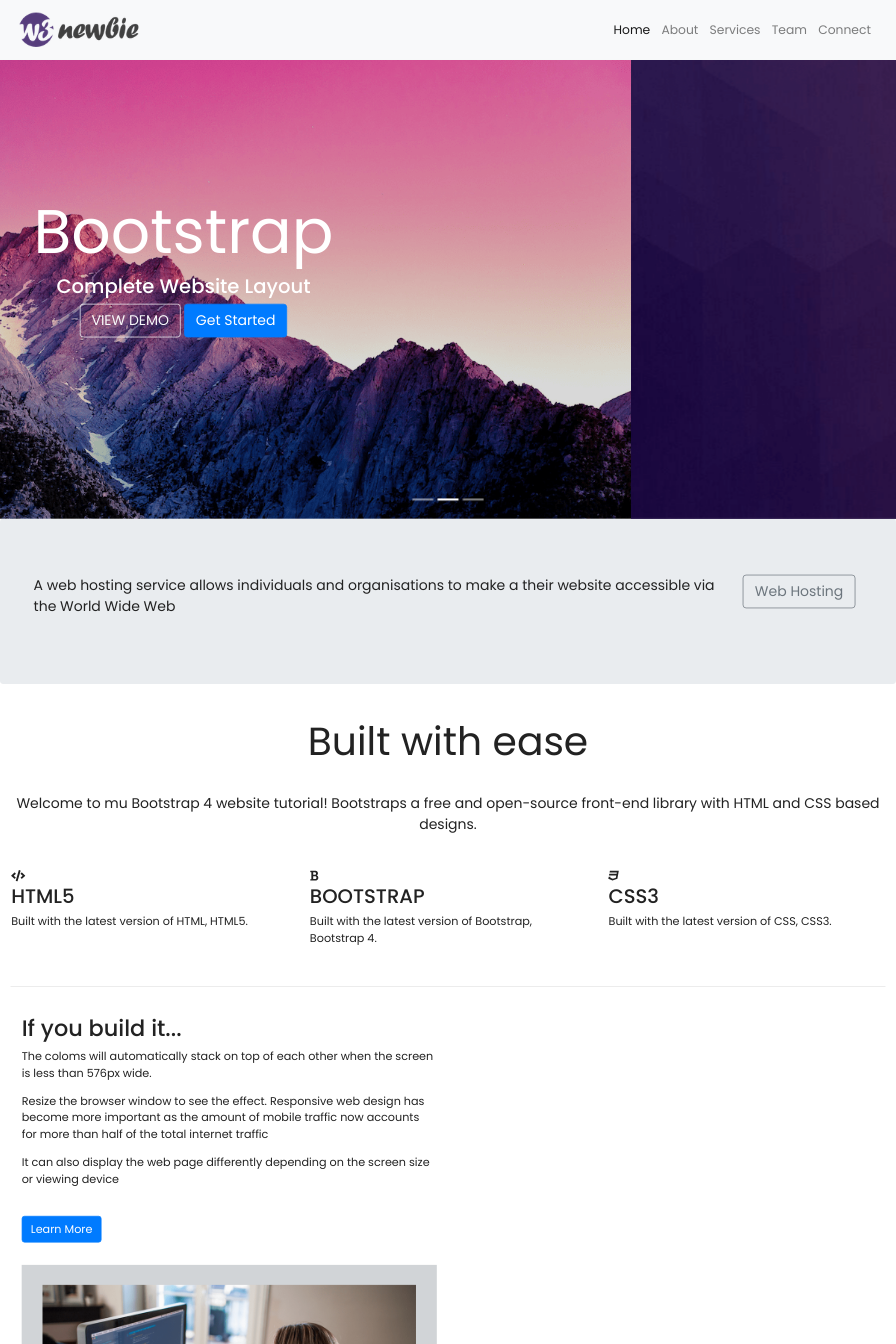
Repository: rkyankya/Bootstrap-1
Page: index.html
An editor plug-in stored every save of this project. The page is shown before and after the next save, followed by the edit.
The browser window is 1280 px wide. The pictures show the part of the page from y = 0 to 1920 px (the page is 4552 px tall), at 70% of full size.
Some web libraries are served in a nearby version.

Above is the page before, as saved 2019-12-18 12:40:25.

### index.html
<!DOCTYPE html>
<html lang="en">

<head>
    <meta charset="utf-8">
    <meta name="viewport" content="width=device-width, initial-scale=1">
    <title>Complete Bootstrap 4 Website Layout</title>
    <link rel="stylesheet" href="https://maxcdn.bootstrapcdn.com/bootstrap/4.0.0/css/bootstrap.min.css">
    <script src="https://ajax.googleapis.com/ajax/libs/jquery/3.3.1/jquery.min.js"></script>
    <script src="https://cdnjs.cloudflare.com/ajax/libs/popper.js/1.12.9/umd/popper.min.js"></script>
    <script src="https://maxcdn.bootstrapcdn.com/bootstrap/4.0.0/js/bootstrap.min.js"></script>
    <script src="https://use.fontawesome.com/releases/v5.0.8/js/all.js"></script>
    <link href="style.css" rel="stylesheet">
</head>

<body>

    <!-- Navigation -->
    <nav class="navbar navbar-expand-md navbar-light bg-light sticky-top">
        <div class="container-fluid">
            <a class="navbar-brand" href="#"><img src="img/logo.png" alt="#"></a>
            <button class="navbar-toggler" type="button" data-toggler="collapse" data-target="#navbarResponsive">
                <span class="navbar-toggler-icon"></span>
            </button>
            <div class="collapse navbar-collapse" id="navbarResponsive">
                <ul class="navbar-nav ml-auto">
                    <li class="nav-item active">
                        <a class="nav-link" href="#">Home</a>
                    </li>
                    <li class="nav-item">
                        <a class="nav-link" href="#">About</a>
                    </li>
                    <li class="nav-item">
                        <a class="nav-link" href="#">Services</a>
                    </li>
                    <li class="nav-item">
                        <a class="nav-link" href="#">Team</a>
                    </li>
                    <li class="nav-item">
                        <a class="nav-link" href="#">Connect</a>
                    </li>
                </ul>
            </div>
        </div>
    </nav>

    <!--- Image Slider -->
    <div id="slides" class="carousel slide" data-ride="carousel">
        <ul class="carousel-indicators">
            <li data-target="#slides" data-slide-to="0" class="active"></li>
            <li data-target="#slides" data-slide-to="1"></li>
            <li data-target="#slides" data-slide-to="2"></li>
        </ul>
        <div class="carousel-inner">
            <div class="carousel-item active">
                <img src="img/background.png" alt="#">
                <div class="carousel-caption">
                    <h1 class="display-2">Bootstrap</h1>
                    <h3>Complete Website Layout</h3>
                    <button type="button" class="btn btn-outline-light btn-lg">VIEW DEMO</button>
                    <button type="button" class="btn btn-primary btn-lg">Get Started</button>
                </div>
            </div>
            <div class="carousel-item">
                <img src="img/background2.png" alt="#">
            </div>
            <div class="carousel-item">
                <img src="img/background3.png" alt="#">
            </div>
        </div>
    </div>

    <!--- Jumbotron -->
    <div class="container-fluid">
        <div class="row jumbotron">
            <div class="col-xs-12 col-sm-12 col-md-9 col-lg-9 col-xl-10">
                <!--Bootstrap has 12 coloms the 12 describes the coloms to take-->
                <p class="lead">A web hosting service allows individuals and organisations to make a their website accessible via the World Wide Web
                </p>
            </div>
            <div class="col-xs-12 col-sm-12 col-md-3 col-lg-3 col-xl-2">
                <a href="#">
                    <button type="button" class="btn btn-outline-secondary btn-lg">Web Hosting</button>
                </a>
            </div>
        </div>
    </div>


    <!--- Welcome Section -->
    <div class="container-fluid padding">
        <div class="row welcome text-center">
            <div class="col-12">
                <h1 class="display-4">Built with ease</h1>
            </div>
            <hr class="my-4">
            <div class="col-12">
                <p class="lead">Welcome to mu Bootstrap 4 website tutorial! Bootstraps a free and open-source front-end library with HTML and CSS based designs.
                </p>
            </div>
        </div>
    </div>

    <!--- Three Column Section -->
    <div class="container-fluid padding">
        <div class="row text-centre padding">
            <div class="col-xs-12 col-sm-6 col-md-4">
                <i class="fas fa-code"></i>
                <h3>HTML5</h3>
                <p>Built with the latest version of HTML, HTML5.</p>
            </div>
            <div class="col-xs-12 col-sm-6 col-md-4">
                <i class="fas fa-bold"></i>
                <h3>BOOTSTRAP</h3>
                <p>Built with the latest version of Bootstrap, Bootstrap 4.</p>
            </div>
            <div class="col-sm-12 col-md-4">
                <i class="fab fa-css3"></i>
                <h3>CSS3</h3>
                <p>Built with the latest version of CSS, CSS3.</p>
            </div>
        </div>
        <hr class="my-4">
    </div>


    <!--- Two Column Section -->
    <div class="container-fluid padding">
        <div class="row-padding">
            <div class="col-md-12 col-lg-6">
                <h2>If you build it...</h2>
                <p>The coloms will automatically stack on top of each other when the screen is less than 576px wide.</p>
                <p>Resize the browser window to see the effect. Responsive web design has become more important as the amount of mobile traffic now accounts for more than half of the total internet traffic</p>
                <p>It can also display the web page differently depending on the screen size or viewing device</p>
                <br>
                <a href="#" class="btn btn-primary">Learn More</a>
            </div>
            <div class="col-lg-6">
                <img src="img/desk.png" class="img-fluid" alt="#">
            </div>
        </div>
    </div>

    <hr class="my-4">

    <!--- Fixed background -->
    <figure>
        <div class="fixed-wrap">
            <div id="fixed"></div>
        </div>
    </figure>


    <!--- Emoji Section -->
    <button class="fun" data-toggle="collapse" data-target="#emoji">Click For Fun</button>
    <div id="emoji" class="collapse">
        <div class="container-fluid padding">
            <div class="row text-center">
                <div class="col-sm-6 col-md-3">
                    <img class="gif" src="img/gif/panda.gif" alt="#">
                </div>
                <div class="col-sm-6 col-md-3">
                    <img class="gif" src="img/gif/unicorn.gif" alt="#">
                </div>
                <div class="col-sm-6 col-md-3">
                    <img class="gif" src="img/gif/poo.gif" alt="#">
                </div>
                <div class="col-sm-6 col-md-3">
                    <img class="gif" src="img/gif/chicken.gif" alt="#">
                </div>
            </div>
        </div>
    </div>


    <!--- Meet the team -->
    <div class="container-fluid padding">
        <div class="row-welcome text-center">
            <div class="col-12">
                <h1 class="display-4"> Meet the Team</h1>
            </div>
        </div>
    </div>


    <!--- Cards -->
    <div class="container-fluid padding">
        <div class="row welcome text">
            <div class="col-md-4">
                <div class="card">
                    <img class="card-imd-top" src="img/team1.png" alt="#">
                    <div class="card-body">
                        <h4 class="card-title">John Doe</h4>
                        <p class="card-text">Joe is an internet entrepreneur with almost 20 years of experience</p>
                        <a href="#" class="btn btn-outline-secondary"> See Profile</a>
                    </div>
                </div>
            </div>
            <div class="col-md-4">
                <div class="card">
                    <img class="card-imd-top" src="img/team2.png" alt="#">
                    <div class="card-body">
                        <h4 class="card-title">Mary Jo</h4>
                        <p class="card-text">Mary is a designer with almost 10 yeas of digital experience</p>
                        <a href="#" class="btn btn-outline-secondary"> See Profile</a>
                    </div>
                </div>
            </div>
            <div class="col-md-4">
                <div class="card">
                    <img class="card-imd-top" src="img/team3.png" alt="#">
                    <div class="card-body">
                        <h4 class="card-title">Phil Ho</h4>
                        <p class="card-text">Phil is a developer with over 5 years of web development experience</p>
                        <a href="#" class="btn btn-outline-secondary"> See Profile</a>
                    </div>
                </div>
            </div>
        </div>
    </div>


    <!--- Two Column Section -->
    <div class="container-fluid padding">
        <div class="row-padding">
            <div class="col-md-12 col-lg-6">
                <h2>Our Philosophy</h2>
                <p>We know that greatness is a distruptive era requires bold ambition, curious talent and a culture that believes we're smarter together</p>
                <p>We approach ever challege holistically, with best-in-class expertise in data, creativity, media, techology. search, social and more. We call this Alchemy. It has the powerto build our clients brands and transform their business. And while
                    it may seem like magic, we've got it down to a science</p>

                <br>
                <a href="#" class="btn btn-primary">Learn More</a>
            </div>
            <div class="col-lg-6">
                <img src="img/bootstrap2.png" class="img-fluid" alt="#">
            </div>
        </div>
    </div>


    <!--- Connect -->
    <div class="container-fluid padding">
        <div class="row text-center padding">
            <div class="col-12">
                <h2>Connect</h2>
            </div>
            <div class="col-12 social padding">
                <a href="#"><i class="fab fa-facebook"></i></a>
                <a href="#"><i class="fab fa-twitter"></i></a>
                <a href="#"><i class="fab fa-instagram"></i></a>
                <a href="#"><i class="fab fa-google-plus-g"></i></a>
                <a href="#"><i class="fab fa-youtube"></i></a>
            </div>
        </div>
    </div>



    <!--- Footer -->
    <footer>
        <div class="container-fluid padding">
            <div class="row text-center">
                <div class="col-md-4">
                    <img src="img/w3newbie.png" alt="#">
                    <hr class="light">
                    <p>256 708 322 323</p>
                    <p>email@email.com</p>
                    <p>Kirinya Bweyogerere</p>
                    <p>Kampala Uganda</p>
                </div>
                <div class="col-md-4">
                    <hr class="light">
                    <h5>Our Hours</h5>
                    <hr class="light">
                    <p>Monday: 9am-5pm</p>
                    <p>Saturday: 10am-4pm</p>
                    <p>Sunday: closed</p>
                </div>
                <div class="col-md-4">
                    <hr class="light">
                    <h5> Service Area </h5>
                    <hr class="light">
                    <p>City, State, 0000</p>
                    <p>City, State, 0000</p>
                    <p>City, State, 0000</p>
                    <p>City, State, 0000</p>
                </div>
                <div class="col-12">
                    <hr class="light">
                    <h5>&copy; w3newbie.com</h5>
                </div>
            </div>
        </div>
    </footer>




</body>

</html>

### style.css
@import url("https://fonts.googleapis.com/css?family=Poppins:400,500,700");
html,
body {
    height: 100%;
    width: 100%;
    font-family: "Poppins", sans-serif;
    color: #222;
}

.navbar {
    padding: 0.8rem;
}

.nav-link {
    font-size: 1.1em !important;
}

.carousel-inner img {
    width: 100%;
    height: 100%;
}

.carousel-caption {
    position: absolute;
    top: 50%;
    transform: translateY(-50%);
    -webkit-transform: translateY(-50%);
    -moz-transform: translateY(-50%);
    -ms-transform: translateY(-50%);
    -o-transform: translateY(-50%);
}


/*---Media Queries --*/

@media (max-width: 992px) {}

@media (max-width: 768px) {}

@media (max-width: 576px) {}


/*---Firefox Bug Fix --*/

.carousel-item {
    transition: -webkit-transform 0.5s ease;
    transition: transform 0.5s ease;
    transition: transform 0.5s ease, -webkit-transform 0.5s ease;
    -webkit-backface-visibility: visible;
    backface-visibility: visible;
}


/*--- Fixed Background Image --*/

figure {
    position: relative;
    width: 100%;
    height: 60%;
    margin: 0 !important;
}

.fixed-wrap {
    clip: rect(0, auto, auto, 0);
    position: absolute;
    top: 0;
    left: 0;
    width: 100%;
    height: 100%;
}

#fixed {
    background-image: url("img/mac.png");
    position: fixed;
    display: block;
    top: 0;
    left: 0;
    width: 100%;
    height: 100%;
    background-size: cover;
    background-position: center center;
    -webkit-transform: translateZ(0);
    transform: translateZ(0);
    will-change: transform;
}


/*--- Bootstrap Padding Fix --*/

[class*="col-"] {
    padding: 1rem;
}


/*
Extra small (xs) devices (portrait phones, less than 576px)
No media query since this is the default in Bootstrap

Small (sm) devices (landscape phones, 576px and up)
@media (min-width: 576px) { ... }

Medium (md) devices (tablets, 768px and up)
@media (min-width: 768px) { ... }

Large (lg) devices (desktops, 992px and up)
@media (min-width: 992px) { ... }

Extra (xl) large devices (large desktops, 1200px and up)
@media (min-width: 1200px) { ... }
*/

After the next save:
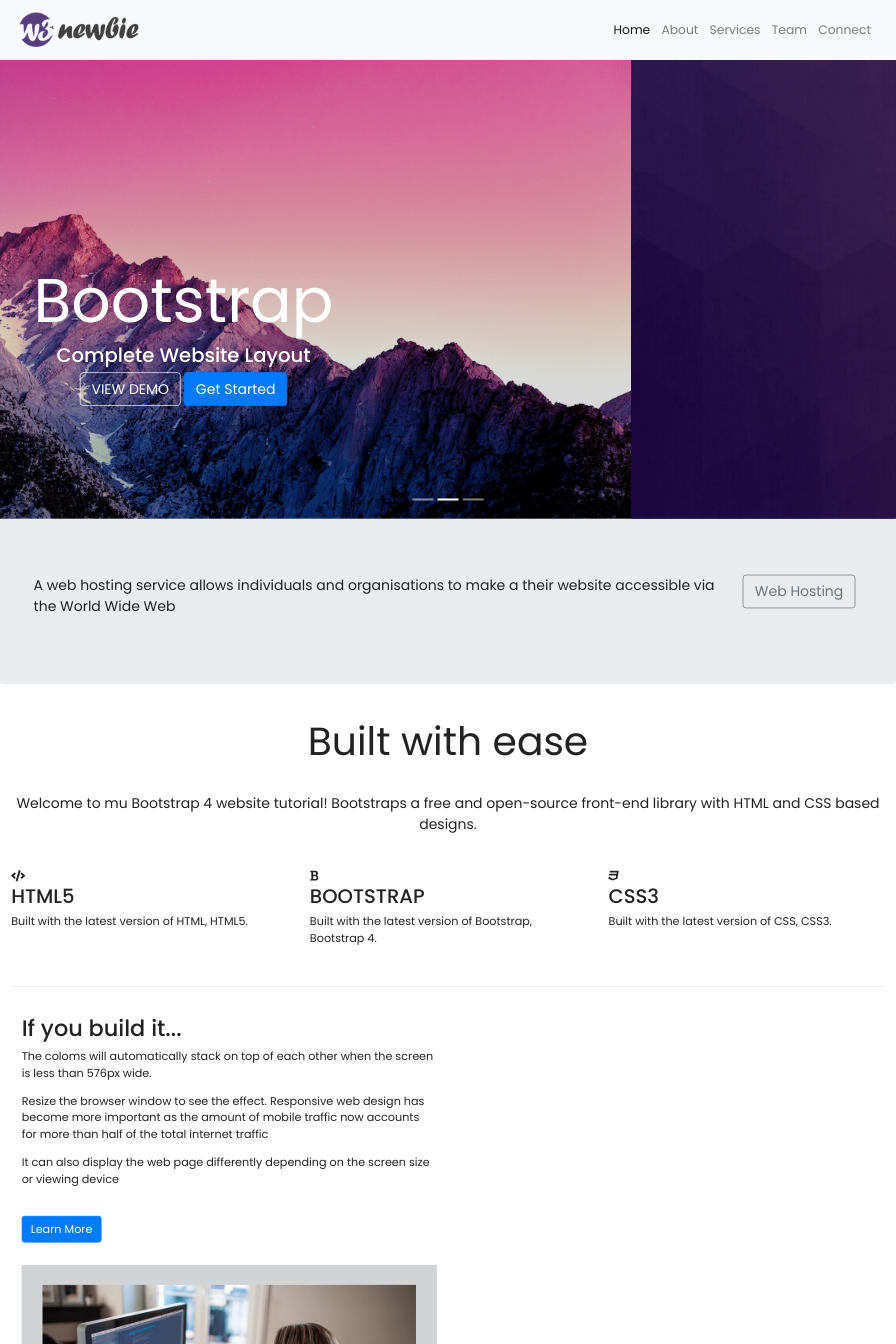
Saved 54 s later.
--- a/style.css
+++ b/style.css
@@ -22,7 +22,7 @@ body {
 
 .carousel-caption {
     position: absolute;
-    top: 50%;
+    top: 60%;
     transform: translateY(-50%);
     -webkit-transform: translateY(-50%);
     -moz-transform: translateY(-50%);
